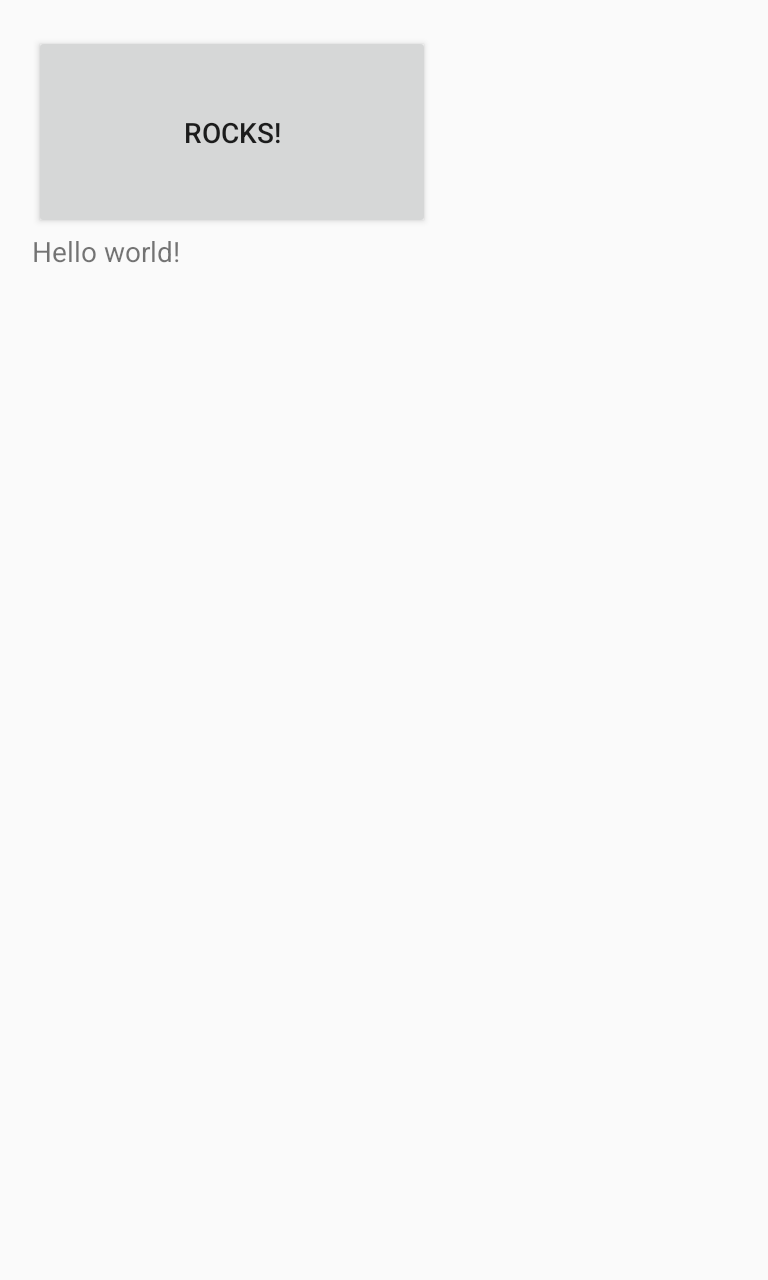
Repository: sameerisa/idtech-yale-android
Layout: rockPaperScissors/res/layout/fragment_main.xml
An editor plug-in stored every save of this project. The layout is shown before and after the next save, followed by the edit.
It is drawn on a 768 x 1280 px phone screen (xhdpi) without system bars, with theme AppTheme; the app's code is not run.

Above is the layout before, as saved 2014-06-26 15:56:02.

After the next save:
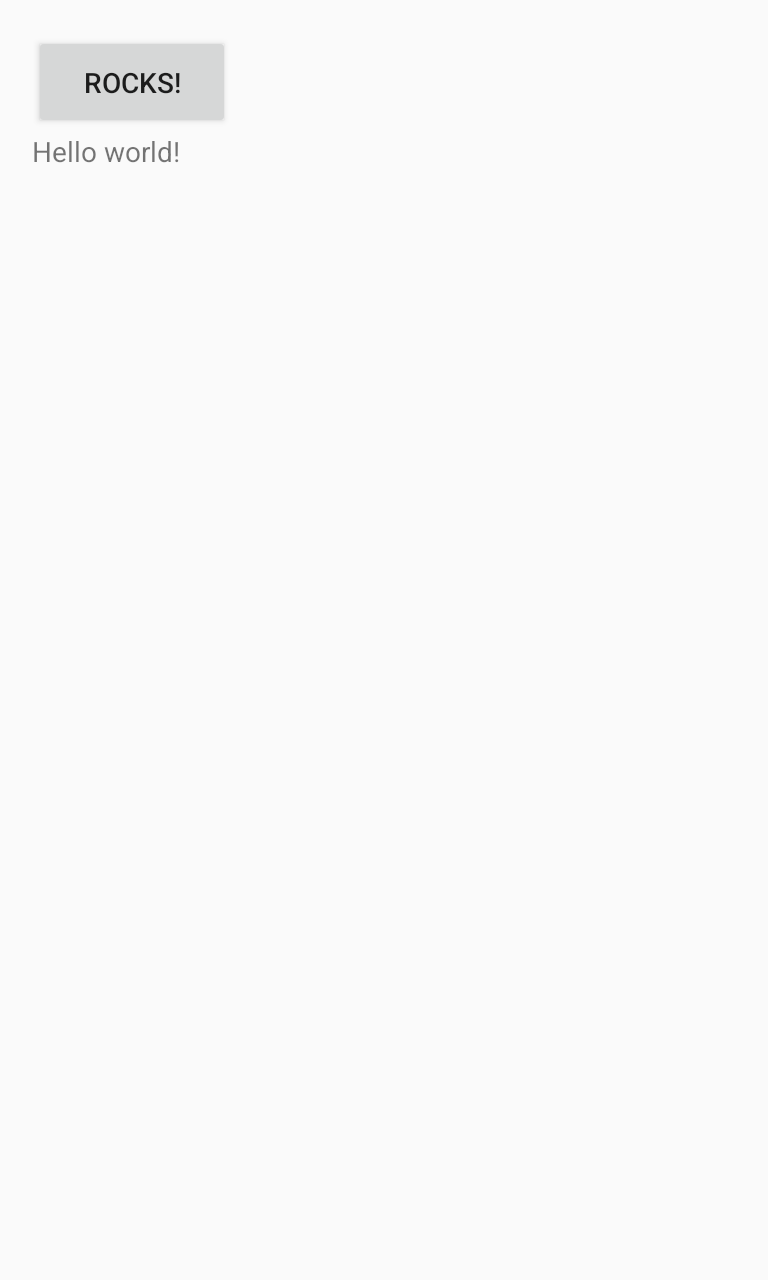
Saved 29 s later.
--- a/rockPaperScissors/res/layout/fragment_main.xml
+++ b/rockPaperScissors/res/layout/fragment_main.xml
@@ -11,8 +11,8 @@
 <Button
     android:id="@+id/rock"
     android:text="Rocks!"
-    android:layout_width="200dp"
-    android:layout_height="100dp"/>
+    android:layout_width="100dp"
+    android:layout_height="50dp"/>
     <TextView
         android:layout_width="wrap_content"
         android:layout_height="wrap_content"
